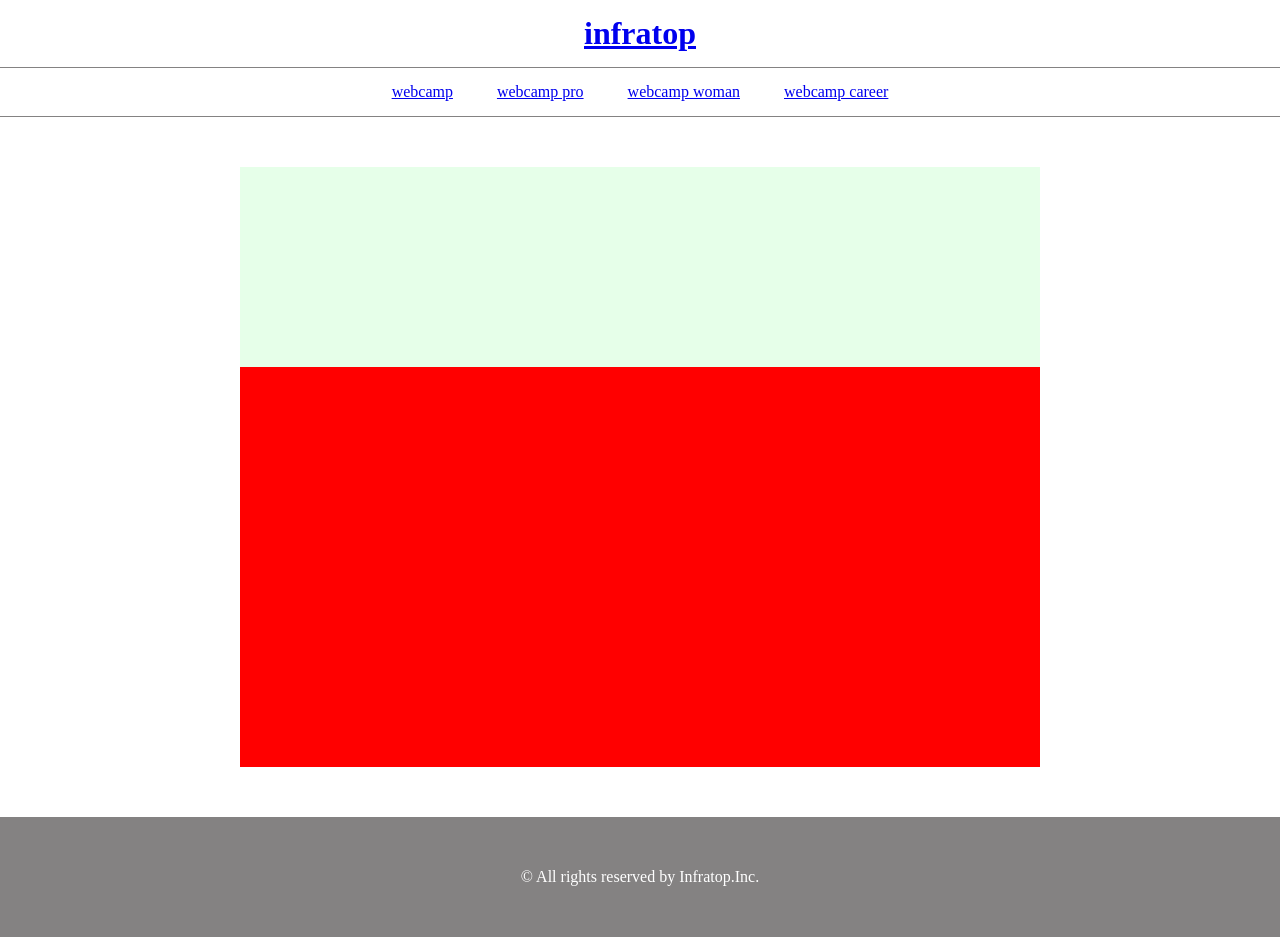
Repository: Nao002/practice
Page: html-practice5/index.html
The author's editor kept a record of every edit. The page is drawn from the files as they stood at one moment, then again after the next edit.
The browser window is 1280 px wide. The pictures show the whole page.

Above is the page before.

### html-practice5/index.html
<!DOCTYPE html>
<html lang="ja">
  <head>
    <meta charset="UTF-8" />
    <!-- CSSファイルの読み込み -->
    <link rel="stylesheet" href="style.css" />
    <title>infratop</title>
  </head>

  <body>
    <!-- header -->
    <header>
      <h1 class="heading">
        <a href="index.html">
          infratop
        </a>
      </h1>
    </header>

     <!-- navigation -->
    <nav>
      <ul class="nav-list">
        <li class="nav-list-item">
          <a href="index.html">webcamp</a>
        </li>
        <li class="nav-list-item">
          <a href="index.html">webcamp pro</a>
        </li>
        <li class="nav-list-item">
          <a href="index.html">webcamp woman</a>
        </li>
        </li>
        <li class="nav-list-item">
          <a href="index.html">webcamp career</a>
        </li>
      </ul>
    </nav>

    <!-- main-visual用のdiv -->
    <div class="main-visual">
      <div class="main-visual-content">
        <div class="main-visual-color color1"></div>
        <div class="main-visual-color color2"></div>
        <div class="main-visual-color color3"></div>
        <div class="main-visual-color color4"></div>
        <div class="main-visual-color color5"></div>
        <div class="main-visual-color color6"></div>
        <div class="main-visual-color color7"></div>
        <div class="main-visual-color color8"></div>
        <div class="main-visual-color color9"></div>
        <div class="main-visual-color color10"></div>
        <div class="main-visual-color color12"></div>
        <div class="main-visual-color color12"></div>
      </div>
    </div>

    <!-- footer -->
    <footer>
      <p class="footer-text">© All rights reserved by Infratop.Inc.</p>
    </footer>

  </body>
</html>

### html-practice5/style.css
/* ブラウザがそれぞれ持っているCSSをリセットするための記述 */
* {
  margin: 0;
  padding: 0;
  box-sizing: border-box;
}

header {
  width: 90%;
  padding: 15px 0;
  margin: 0 auto;
  text-align: center;
}

header .heading { /* headerタグ内のheadingクラスにのみ反映される */
  font-size: 32px;
}

.nav-list {
  text-align: center;
  padding: 15px 0;
  margin: 0 auto;
  border-top: 1px solid #848282;
  border-bottom: 1px solid #848282;
}

.nav-list-item {
  list-style: none;
  display: inline-block;
  margin: 0 20px;
}

.main-visual {
  width: 100%; /* 横幅いっぱい */
  height: 650px; /* 高さ300px */
}

.main-visual-content {
  width: 800px; /* 横幅350px */
  height: 300px; /* 親の高さに揃える */
  flex-wrap: wrap;
  margin: 50px auto;
  font-size: 0;
}

.main-visual-color{
  display: inline-block;
  width: 200px;
  height: 200px;
  background-color: #FF0000;
  font-size: 0;
}

.color1{
  background-color: #e6ffe9
}

.color2{
  background-color: #e6ffe9
}

.color3{
  background-color: #e6ffe9
}

.color4{
  background-color: #e6ffe9
}

.color1{
  background-color: #e6ffe9
}

.color1{
  background-color: #e6ffe9
}
.color1{
  background-color: #e6ffe9
}

.color1{
  background-color: #e6ffe9
}

.color1{
  background-color: #e6ffe9
}

.color1{
  background-color: #e6ffe9
}


footer {
  width: 100%;
  height: 120px;
  text-align: center;
  line-height: 120px;
  background-color: #848282;
}

.footer-text {
  color: #fff;
}

After the next edit:
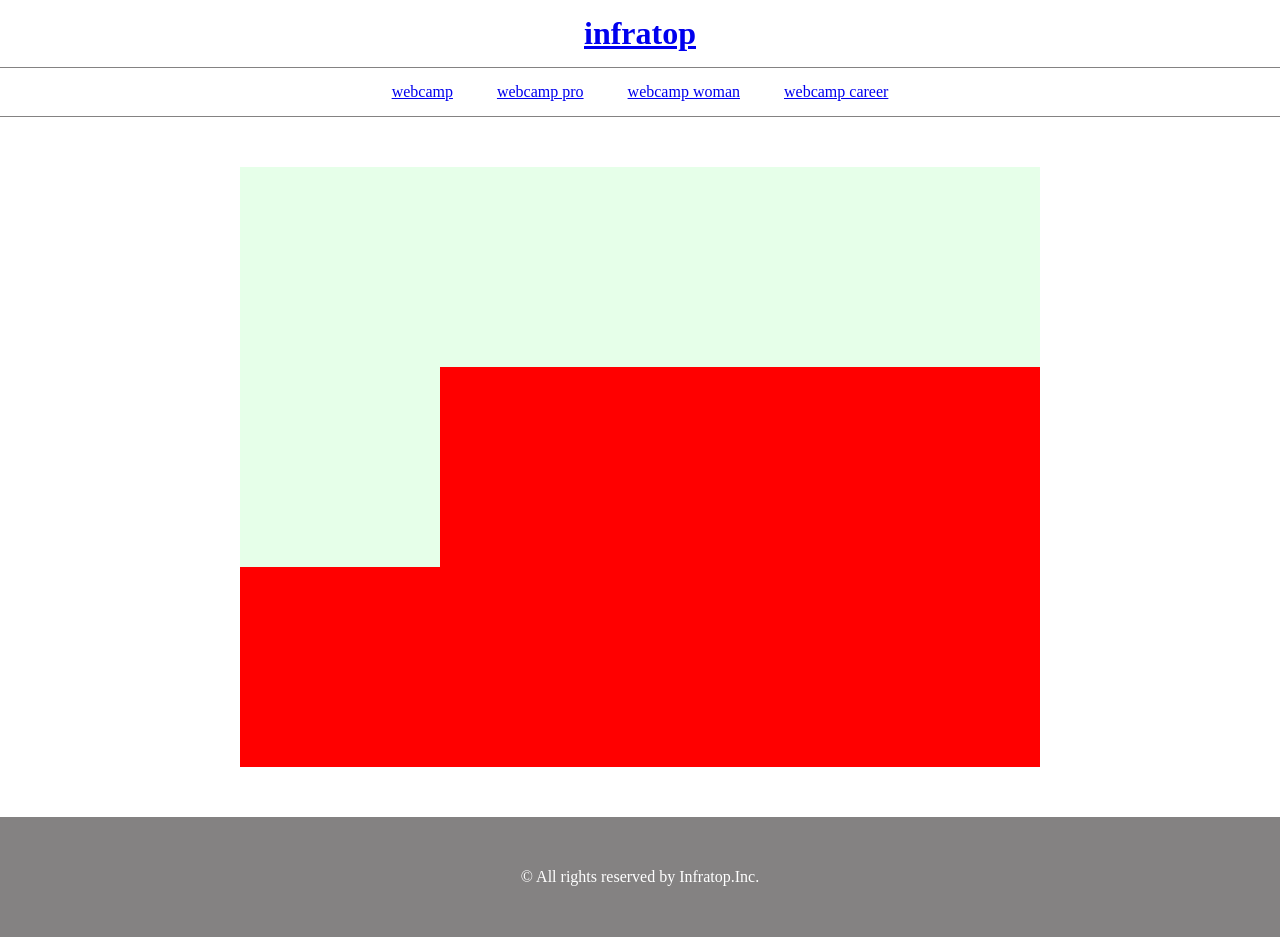
The edit:
--- a/html-practice5/style.css
+++ b/html-practice5/style.css
@@ -67,7 +67,7 @@
   background-color: #e6ffe9
 }
 
-.color1{
+.color5{
   background-color: #e6ffe9
 }
 
